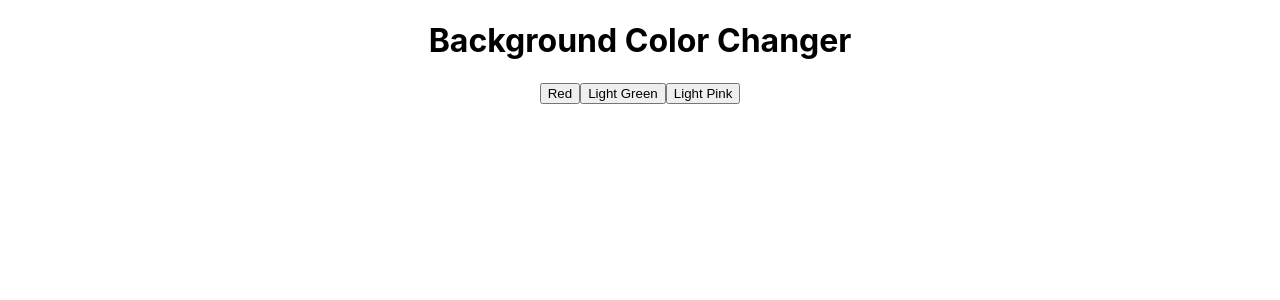
Repository: Jay1161/FSWD
Page: / (app in Week-12/frontend/cookies/)
The author's editor kept a copy of each file at every save. The page is drawn from the files as they stood at one save, then again after a run of saves.
The browser window is 1280 px wide. The pictures show the whole page.
The project was rebuilt for these pictures with package versions that can differ from the ones it lists, and the page was loaded fresh each time.

Above is the page before, as saved 2023-09-27 17:59:19.

After the next 2 saves:
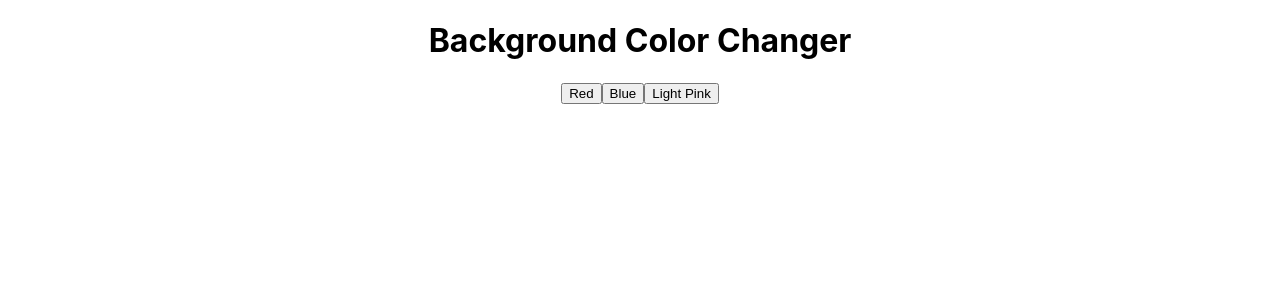
The 2 saves are shown as one change because they came seconds apart.
The last was saved 6 s later.
--- a/Week-12/frontend/cookies/src/cookies.jsx
+++ b/Week-12/frontend/cookies/src/cookies.jsx
@@ -37,7 +37,7 @@ function Cookies() {
     <div className="App">
       <h1>Background Color Changer</h1>
       <button onClick={() => setCookieAndBackgroundColor('Red')}>Red</button>
-      <button onClick={() => setCookieAndBackgroundColor('BLue')}>Light Green</button>
+      <button onClick={() => setCookieAndBackgroundColor('BLue')}>Blue</button>
       <button onClick={() => setCookieAndBackgroundColor('Black')}>Light Pink</button>
     </div>
   );
